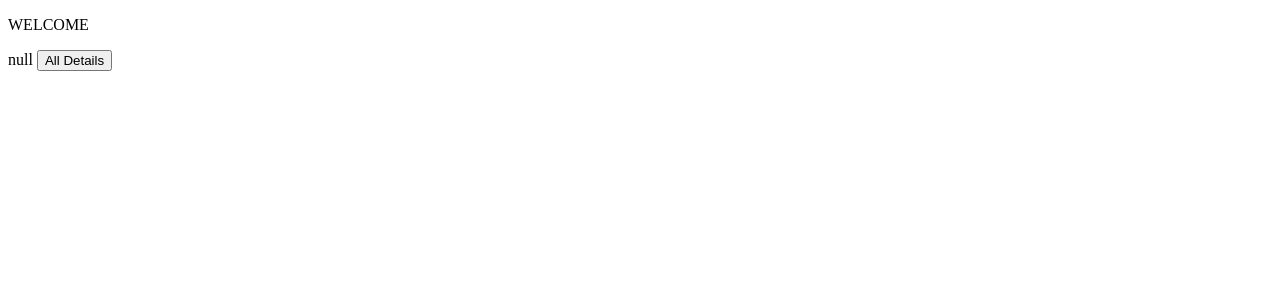
Repository: iamvinayhv/Servlet
Page: http://localhost/EmployeeApp/jsp/Logcomplete.jsp
These files come from the project's save history. The page is drawn as it stood at one moment and after the next save; the edit follows.
The browser window is 1280 px wide. The pictures show the whole page.
The page is served by Tomcat 9. Other server files are loaded and not shown.

Above is the page before, as saved 2017-03-10 04:18:00.

### EmployeeApp/WebContent/jsp/Logcomplete.jsp
<%@ page language="java" contentType="text/html; charset=UTF-8"
    pageEncoding="UTF-8"%>
<!DOCTYPE html PUBLIC "-//W3C//DTD HTML 4.01 Transitional//EN" "http://www.w3.org/TR/html4/loose.dtd">
<html>
<head>
<meta http-equiv="Content-Type" content="text/html; charset=UTF-8">
<title>Home Page</title>
</head>
<body>
<p style="color:blue;">
<%! String username=null; %>

<%
	HttpSession session2=request.getSession(false);
	username=(String)session2.getAttribute("user");
%>
<p>WELCOME</p>
<%=username%>

<a href="details.jsp">
<input align="right" type= "submit" value="All Details"></a><br/>
</p>
</body>
</html>

After the next save:
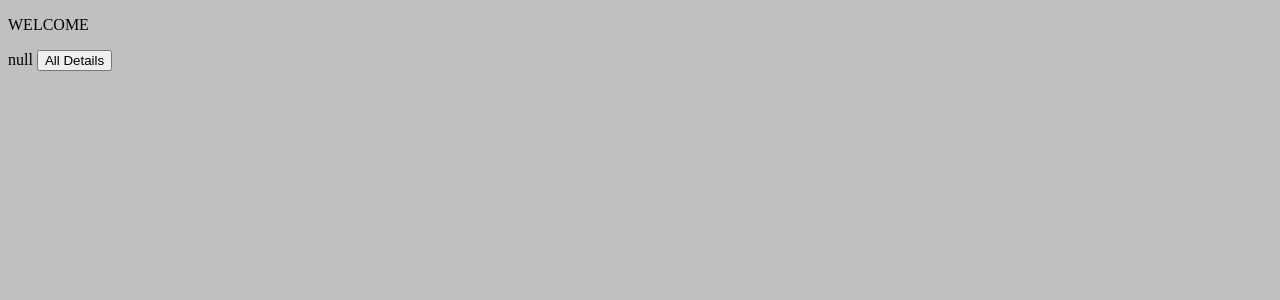
Saved 32 s later.
--- a/EmployeeApp/WebContent/jsp/Logcomplete.jsp
+++ b/EmployeeApp/WebContent/jsp/Logcomplete.jsp
@@ -6,7 +6,7 @@
 <meta http-equiv="Content-Type" content="text/html; charset=UTF-8">
 <title>Home Page</title>
 </head>
-<body>
+<body bgcolor=silver>
 <p style="color:blue;">
 <%! String username=null; %>
 
